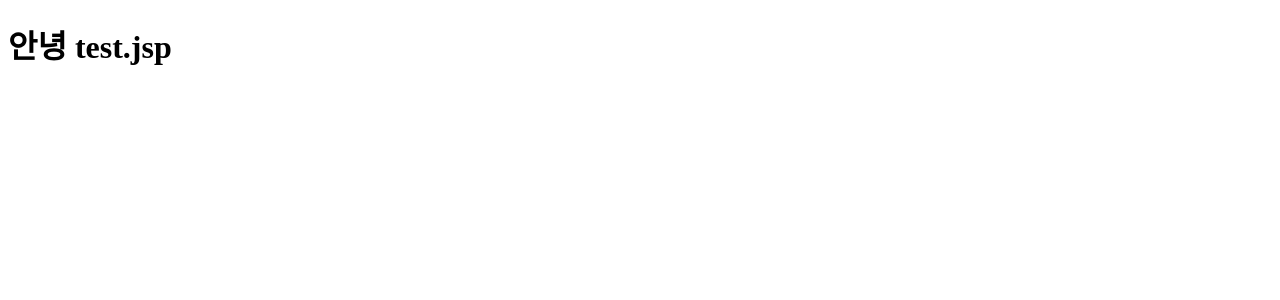
Repository: jjuhye/JSPWorkspace
Page: http://localhost/basic/test.jsp
These files come from the project's save history. The page is drawn as it stood at one moment and after the next save; the edit follows.
The browser window is 1280 px wide. The pictures show the whole page.
The page is served by Tomcat 9. Other server files are loaded and not shown.

Above is the page before, as saved 2023-02-21 02:34:34.

### basic/src/main/webapp/test.jsp
<%@ page language="java" contentType="text/html; charset=UTF-8"
    pageEncoding="UTF-8"%>

<!DOCTYPE html>
<html>
<head>
<meta charset="UTF-8">
<title>Insert title here</title>
</head>
<body>
	<h1>안녕 test.jsp</h1>
</body>
</html>

After the next save:
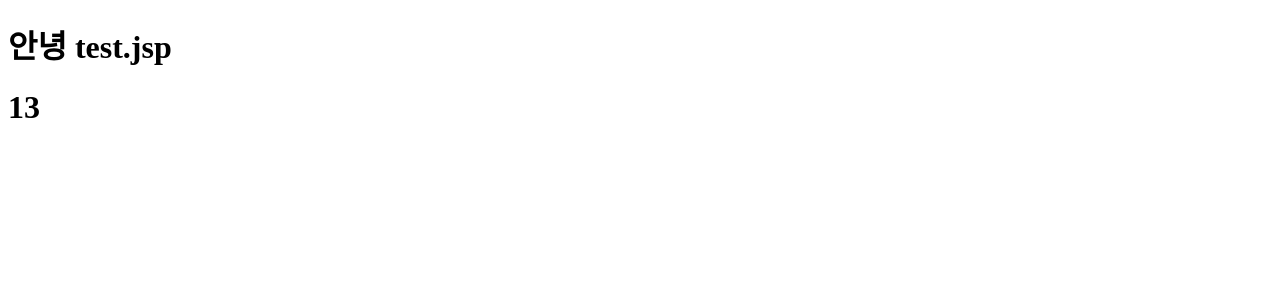
Saved 77 s later.
--- a/basic/src/main/webapp/test.jsp
+++ b/basic/src/main/webapp/test.jsp
@@ -9,5 +9,6 @@
 </head>
 <body>
 	<h1>안녕 test.jsp</h1>
+	<h1><%= 10+3 %></h1>
 </body>
 </html>
